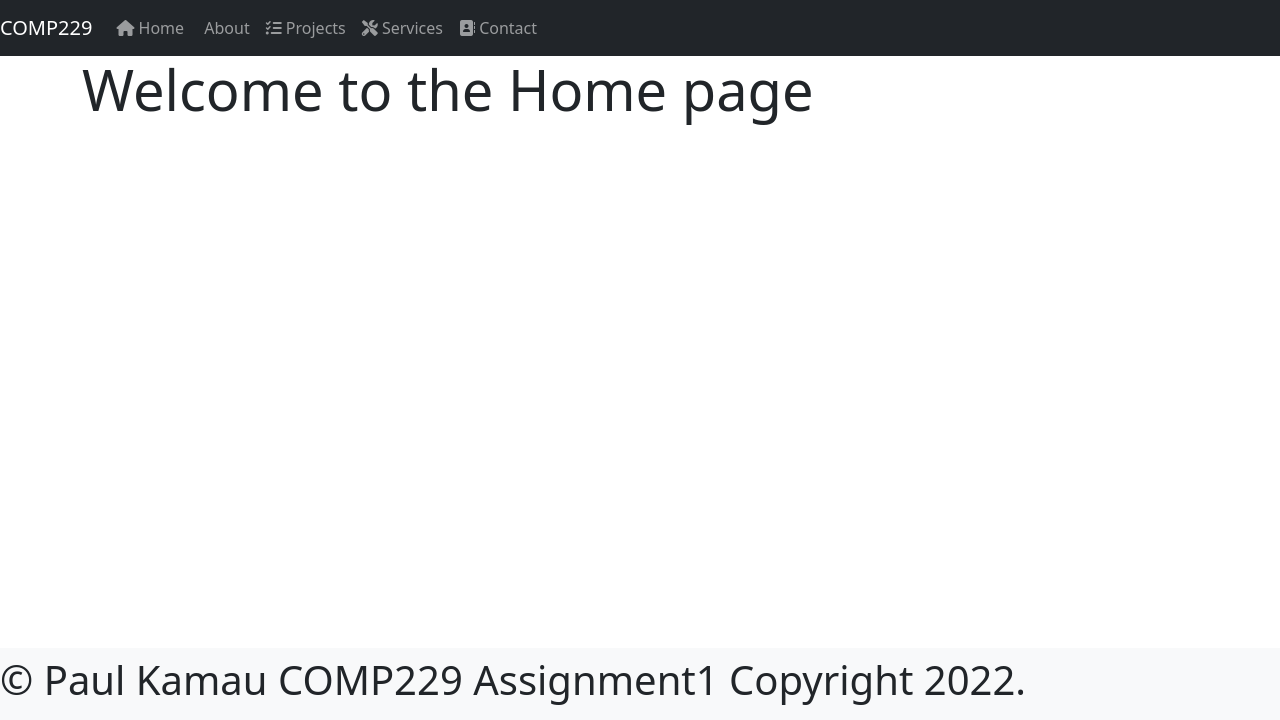
Repository: kiruriluap/COMP229-M2022-Labs
Page: http://localhost/home
These files come from the project's save history. The page is drawn as it stood at one moment and after a run of saves; the edit follows.
The browser window is 1280 px wide. The pictures show the whole page.
The page is served by the project's Node server (server.js). Other server files are loaded and not shown.

Above is the page before, as saved 2022-05-28 18:10:04.

### week3-6 Partials - Copy - Copy/views/index.ejs
<!DOCTYPE html>
<html lang="en">
<head>
  <meta charset="UTF-8">
  <meta http-equiv="X-UA-Compatible" content="IE=edge">
  <meta name="viewport" content="width=device-width, initial-scale=1.0">
  <title><%= title %></title>
<!-- CSS Section -->
<link rel="stylesheet" href="/bootstrap/dist/css/bootstrap.min.css">
<link rel="stylesheet" href="/@fortawesome/fontawesome-free/css/all.min.css">
  <link rel='stylesheet' href='/content/app.css' />
</head>
<body>
  <!-- Main Navigator -->
  <nav class="navbar navbar-expand-lg navbar-dark bg-dark">
    <!-- <div class="container-fluid"> -->
      <a class="navbar-brand" href="/">COMP229</a>
      <button class="navbar-toggler" type="button" data-bs-toggle="collapse" data-bs-target="#navbarSupportedContent" aria-controls="navbarSupportedContent" aria-expanded="false" aria-label="Toggle navigation">
        <span class="navbar-toggler-icon"></span>
      </button>

      <div class="collapse navbar-collapse" id="navbarSupportedContent">
        <ul class="navbar-nav ml-auto">

          <% if(title == "Home"){%>
            <li class="nav-item active">
          <%}
          else{%>
            <li class="nav-item ">
          <%} %>
            <a class="nav-link " href="/home"><i class="fa-solid fa-house"></i> Home </a>
          </li>

          <% if(title == "About"){%>
            <li class="nav-item active">
          <%}
          else{%>
            <li class="nav-item ">
          <%} %>
            <a class="nav-link " href="/about"><i class="fa-solid fa-golf-flag-hole"></i> About </a>
          </li>

          <% if(title == "Projects"){%>
            <li class="nav-item active">
          <%}
          else{%>
            <li class="nav-item ">
          <%} %>
            <a class="nav-link " href="Projects"><i class="fa-solid fa-list-check"></i> Projects </a>
          </li>

          <% if(title == "Services"){%>
            <li class="nav-item active">
          <%}
          else{%>
            <li class="nav-item ">
          <%} %>
            <a class="nav-link " href="/services"><i class="fa-solid fa-screwdriver-wrench"></i> Services </a>
          </li>

          <% if(title == "Contact"){%>
            <li class="nav-item active">
          <%}
          else{%>
            <li class="nav-item ">
          <%} %>
            <a class="nav-link " href="contact"><i class="fa-solid fa-address-book"></i> Contact </a>
          </li>

    </div>
  </nav>

  <!-- Main Content -->
  <main class="container">
    <div class="jumbotron">
      <h1 class="display-4">Welcome to the <%= title %> page</h1>
      </div>
  </main>
<!--Bottom Nav-->
<footer>
  <nav class="navbar fixed-bottom navbar-light bg-light">
  <h1 class="display-6">&copy; Paul Kamau COMP229 Assignment1 Copyright 2022.
</nav>
  </footer>

<!-- Script Section -->
<script src="/jquery/dist/jquery.min.js"></script>
<script src="/bootstrap/dist/js/bootstrap.min.js"></script>
    <script src="/Scripts/app.js"></script>
</body>
</html>

### week3-6 Partials - Copy - Copy/server.js
#!/usr/bin/env node

/**
 * Module dependencies.
 */

var app = require('./app');
var debug = require('debug')('week3-2:server');
var http = require('http');

/**
 * Get port from environment and store in Express.
 */

var port = normalizePort(process.env.PORT || '3000');
app.set('port', port);

/**
 * Create HTTP server.
 */

var server = http.createServer(app);

/**
 * Listen on provided port, on all network interfaces.
 */

server.listen(port);
server.on('error', onError);
server.on('listening', onListening);

/**
 * Normalize a port into a number, string, or false.
 */

function normalizePort(val) {
  var port = parseInt(val, 10);

  if (isNaN(port)) {
    // named pipe
    return val;
  }

  if (port >= 0) {
    // port number
    return port;
  }

  return false;
}

/**
 * Event listener for HTTP server "error" event.
 */

function onError(error) {
  if (error.syscall !== 'listen') {
    throw error;
  }

  var bind = typeof port === 'string'
    ? 'Pipe ' + port
    : 'Port ' + port;

  // handle specific listen errors with friendly messages
  switch (error.code) {
    case 'EACCES':
      console.error(bind + ' requires elevated privileges');
      process.exit(1);
      break;
    case 'EADDRINUSE':
      console.error(bind + ' is already in use');
      process.exit(1);
      break;
    default:
      throw error;
  }
}

/**
 * Event listener for HTTP server "listening" event.
 */

function onListening() {
  var addr = server.address();
  var bind = typeof addr === 'string'
    ? 'pipe ' + addr
    : 'port ' + addr.port;
  debug('Listening on ' + bind);
}

### week3-6 Partials - Copy - Copy/routes/index.js
var express = require('express');
var router = express.Router();

/* GET Home page. */
router.get('/', function(req, res, next) {
  res.render('index', { title: 'Home' });
});

/* GET Home page. */
router.get('/home', function(req, res, next) {
  res.render('index', { title: 'Home' });
});

/* GET About Me page. */
router.get('/about', function(req, res, next) {
  res.render('index', { title: 'About' });
});

/* GET Projects page. */
router.get('/projects', function(req, res, next) {
  res.render('index', { title: 'Projects' });
});

/* GET Services page. */
router.get('/services', function(req, res, next) {
  res.render('index', { title: 'Services' });
});

/* GET Contact page. */
router.get('/Contact', function(req, res, next) {
  res.render('index', { title: 'Contact' });
});

module.exports = router;

### week3-6 Partials - Copy - Copy/app.js
//installed 3rd party packages
let createError = require('http-errors');
let express = require('express');
let path = require('path');
let cookieParser = require('cookie-parser');
let logger = require('morgan');

let indexRouter = require('./routes/index');
let usersRouter = require('./routes/users');

let app = express();

// view engine setup
app.set('views', path.join(__dirname, 'views'));
app.set('view engine', 'ejs');//express -e

app.use(logger('dev'));
app.use(express.json());
app.use(express.urlencoded({ extended: false }));
app.use(cookieParser());
app.use(express.static(path.join(__dirname, 'public')));
app.use(express.static(path.join(__dirname, 'node_modules')));

app.use('/', indexRouter);
app.use('/users', usersRouter);

// catch 404 and forward to error handler
app.use(function(req, res, next) {
  next(createError(404));
});

// error handler
app.use(function(err, req, res, next) {
  // set locals, only providing error in development
  res.locals.message = err.message;
  res.locals.error = req.app.get('env') === 'development' ? err : {};

  // render the error page
  res.status(err.status || 500);
  res.render('error');
});

module.exports = app;

### week3-6 Partials - Copy - Copy/public/Scripts/app.js
//IIFE --Immedistely involved function expression
(function(){

function start()
{
console.log("App started........");
}

window.addEventListener("load", start);

})();

### week3-6 Partials - Copy - Copy/public/Content/app.css
/* custom css goes here */

After the next 5 saves:
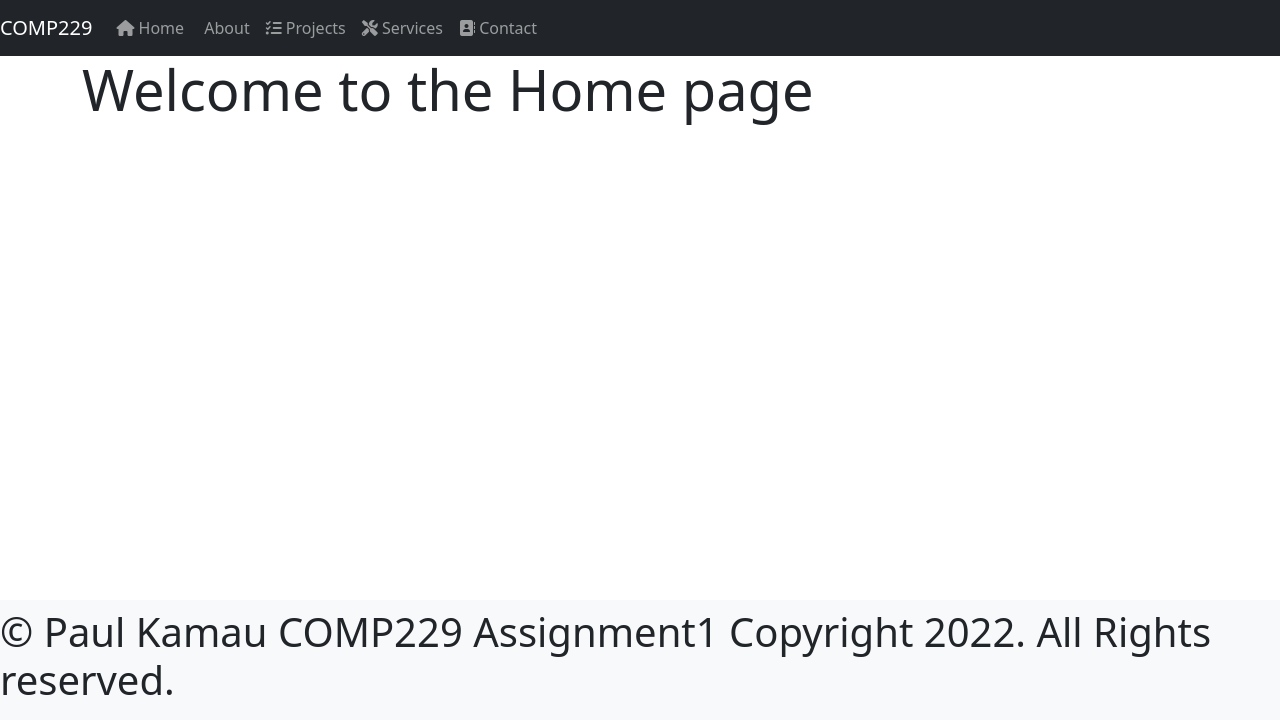
The 5 saves are shown as one change because they came seconds apart.
The last was saved 15 s later.
--- a/week3-6 Partials - Copy - Copy/views/index.ejs
+++ b/week3-6 Partials - Copy - Copy/views/index.ejs
@@ -79,7 +79,7 @@
 <!--Bottom Nav-->
 <footer>
   <nav class="navbar fixed-bottom navbar-light bg-light">
-  <h1 class="display-6">&copy; Paul Kamau COMP229 Assignment1 Copyright 2022.
+  <h1 class="display-6">&copy; Paul Kamau COMP229 Assignment1 Copyright 2022. All Rights reserved.</h1>
 </nav>
   </footer>
 
